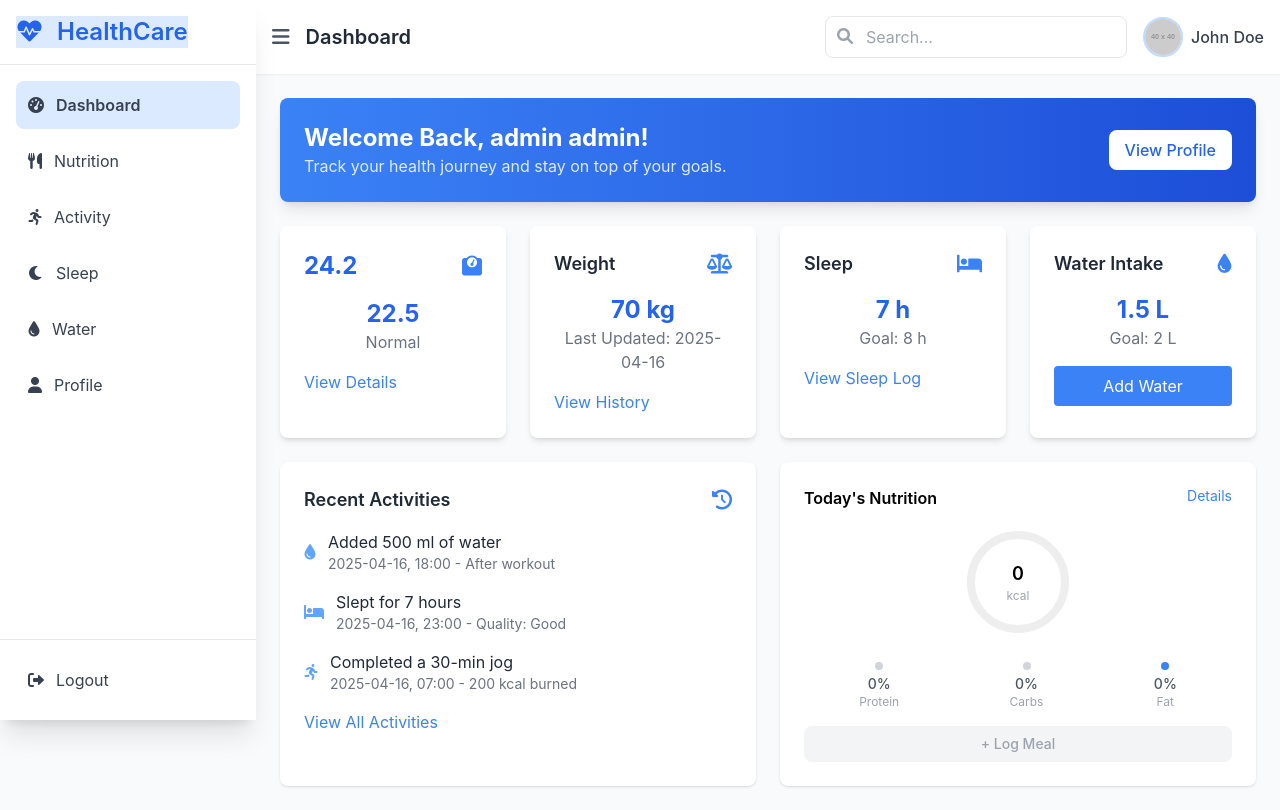
Repository: Khank2104/Khank
Page: http://localhost/
The author's editor kept a copy of each file at every save. The page is drawn from the files as they stood at one save, then again after the next save.
The browser window is 1280 px wide. The pictures show the whole page.
Some web libraries are served in a nearby version. The page is served by the project's application, run on Django 5.2 (manage.py). The first stored user is signed in. Other server files are loaded and not shown. The page reads the database file committed with the project.

Above is the page before, as saved 2025-05-16 11:40:14.

### main/templatetags/form_filters.py
from django import template

register = template.Library()

@register.filter
def add_class(field, css_class):
    return field.as_widget(attrs={"class": css_class})

### main/templates/main/dashboard.html
{% extends 'main/base.html' %}
{% block title %}Trang chủ{% endblock %}

{% block content %}
<!-- Welcome Card -->
<div class="mb-6">
    <div
        class="bg-gradient-to-r from-blue-500 to-blue-700 text-white p-6 rounded-lg shadow-lg flex justify-between items-center">
        <div>
            <h3 class="text-2xl font-bold">Welcome Back, {{ name }}!</h3>

            <p class="text-blue-100">
                Track your health journey and stay on top of your goals.
            </p>
        </div>
        <button class="bg-white text-blue-600 px-4 py-2 rounded-lg font-medium hover:bg-blue-50">
            View Profile
        </button>
    </div>
</div>

<div class="grid grid-cols-1 md:grid-cols-2 lg:grid-cols-4 gap-6">
    <!-- BMI Card -->
    <div class="card bg-white p-6 rounded-lg shadow-md">
        <div class="flex justify-between items-center mb-4">
            <p class="text-2xl font-bold text-blue-600">{{ bmi }}</p>

            <i class="fas fa-weight text-blue-500 text-xl"></i>
        </div>
        <div class="text-center">
            <p class="text-2xl font-bold text-blue-600">22.5</p>
            <p class="text-gray-500">Normal</p>
        </div>
        <a href="#" class="mt-4 inline-block text-blue-500 hover:text-blue-700">View Details</a>
    </div>

    <!-- Weight Card -->
    <div class="card bg-white p-6 rounded-lg shadow-md">
        <div class="flex justify-between items-center mb-4">
            <h3 class="text-lg font-semibold text-gray-800">Weight</h3>
            <i class="fas fa-balance-scale text-blue-500 text-xl"></i>
        </div>
        <div class="text-center">
            <p class="text-2xl font-bold text-blue-600">70 kg</p>
            <p class="text-gray-500">Last Updated: 2025-04-16</p>
        </div>
        <a href="#" class="mt-4 inline-block text-blue-500 hover:text-blue-700">View History</a>
    </div>
    <!-- Sleep Card -->
    <div class="card bg-white p-6 rounded-lg shadow-md">
        <div class="flex justify-between items-center mb-4">
            <h3 class="text-lg font-semibold text-gray-800">Sleep</h3>
            <i class="fas fa-bed text-blue-500 text-xl"></i>
        </div>
        <div class="text-center">
            <p class="text-2xl font-bold text-blue-600">7 h</p>
            <p class="text-gray-500">Goal: 8 h</p>
        </div>
        <a href="#" class="mt-4 inline-block text-blue-500 hover:text-blue-700">View Sleep Log</a>
    </div>
    <!-- Water Intake Card -->
    <div class="card bg-white p-6 rounded-lg shadow-md">
        <div class="flex justify-between items-center mb-4">
            <h3 class="text-lg font-semibold text-gray-800">
                Water Intake
            </h3>
            <i class="fas fa-tint text-blue-500 text-xl"></i>
        </div>
        <div class="text-center">
            <p class="text-2xl font-bold text-blue-600">1.5 L</p>
            <p class="text-gray-500">Goal: 2 L</p>
        </div>
        <a href="/water-intake.html">
            <button class="mt-4 bg-blue-500 text-white px-4 py-2 rounded hover:bg-blue-600 w-full">
                Add Water
            </button>
        </a>
    </div>

</div>

<div class="grid grid-cols-1 pt-6 md:grid-cols-2 gap-6">
    <!-- Weight Trend Card -->
    <div class="bg-white rounded-lg shadow p-6 h-full">
        <div class="flex justify-between items-center mb-4">
            <h3 class="text-lg font-semibold text-gray-800">Recent Activities</h3>
            <i class="fas fa-history text-blue-500 text-xl"></i>
        </div>
        <ul class="space-y-4">
            <li class="flex items-center">
                <i class="fas fa-tint text-blue-400 mr-3"></i>
                <div>
                    <p class="text-gray-800">Added 500 ml of water</p>
                    <p class="text-sm text-gray-500">2025-04-16, 18:00 - After workout</p>
                </div>
            </li>
            <li class="flex items-center">
                <i class="fas fa-bed text-blue-400 mr-3"></i>
                <div>
                    <p class="text-gray-800">Slept for 7 hours</p>
                    <p class="text-sm text-gray-500">2025-04-16, 23:00 - Quality: Good</p>
                </div>
            </li>
            <li class="flex items-center">
                <i class="fas fa-running text-blue-400 mr-3"></i>
                <div>
                    <p class="text-gray-800">Completed a 30-min jog</p>
                    <p class="text-sm text-gray-500">2025-04-16, 07:00 - 200 kcal burned</p>
                </div>
            </li>
        </ul>
        <a href="#" class="mt-4 inline-block text-blue-500 hover:text-blue-700">View All Activities</a>
    </div>

    <!-- Today's Nutrition Card -->
    <div class="bg-white rounded-lg shadow p-6 flex flex-col justify-between h-full">
      <div class="flex justify-between items-start mb-4">
        <h3 class="text-base font-semibold text-black">Today's Nutrition</h3>
        <a href="#" class="text-sm text-blue-500 hover:underline">Details</a>
      </div>
      <div class="flex justify-center mb-6">
        <div class="relative w-28 h-28 flex items-center justify-center">
          <svg class="w-full h-full">
            <circle cx="50%" cy="50%" r="42%" stroke="#eee" stroke-width="8" fill="none" />
          </svg>
          <div class="absolute text-center">
            <p class="text-lg font-semibold text-black">0</p>
            <p class="text-xs text-gray-400">kcal</p>
          </div>
        </div>
      </div>
      <div class="flex justify-around text-center text-sm mb-4 text-gray-600">
        <div>
          <div class="w-2 h-2 mx-auto rounded-full bg-gray-300 mb-1"></div>
          <p class="text-sm font-medium">0%</p>
          <p class="text-xs text-gray-400">Protein</p>
        </div>
        <div>
          <div class="w-2 h-2 mx-auto rounded-full bg-gray-300 mb-1"></div>
          <p class="text-sm font-medium">0%</p>
          <p class="text-xs text-gray-400">Carbs</p>
        </div>
        <div>
          <div class="w-2 h-2 mx-auto rounded-full bg-blue-500 mb-1"></div>
          <p class="text-sm font-medium">0%</p>
          <p class="text-xs text-gray-400">Fat</p>
        </div>
      </div>
      <button class="w-full py-2 text-sm font-medium bg-gray-100 text-gray-400 rounded-lg cursor-not-allowed" disabled>
        + Log Meal
      </button>
    </div>
  </div>
{% endblock %}

### main/templates/main/base.html
{% load static %}
<!DOCTYPE html>
<html lang="en">

<head>
    <meta charset="UTF-8" />
    <meta name="viewport" content="width=device-width, initial-scale=1.0" />
    <title>{% block title %}HealthCare{% endblock %}</title>
    <script src="https://cdn.tailwindcss.com"></script>
    <script src="https://cdn.jsdelivr.net/npm/chart.js"></script>
    <link href="https://cdnjs.cloudflare.com/ajax/libs/font-awesome/6.0.0/css/all.min.css" rel="stylesheet" />
    <link rel="stylesheet" href="{% static 'css/styles.css' %}">
</head>

<body class="bg-gray-50">
    <div class="flex min-h-screen">
        <!-- Sidebar -->
        <div class="sidebar fixed inset-y-0 left-0 w-64 bg-white shadow-xl flex flex-col z-20">
            <div class="p-4 border-b border-gray-200">
                <h1 class="text-2xl font-bold text-blue-600 flex items-center">
                    <a href="/"><i class="fas fa-heartbeat mr-2"></i> HealthCare</a>
                </h1>
            </div>
            <nav class="flex-1 p-4">
                <ul class="space-y-2">
                    <li>
                        <a href="/" class="flex items-center p-3 text-gray-700 hover:bg-blue-50 hover:text-blue-600 rounded-lg transition-colors">
                            <i class="fas fa-tachometer-alt mr-3"></i> Dashboard
                        </a>
                    </li>
                    <li>
                        <a href="/nutrition/"
                            class="flex items-center p-3 text-gray-700 hover:bg-blue-50 hover:text-blue-600 rounded-lg transition-colors">
                            <i class="fas fa-utensils mr-3"></i> Nutrition
                        </a>
                    </li>
                    <li>
                        <a href="/activity/"
                            class="flex items-center p-3 text-gray-700 hover:bg-blue-50 hover:text-blue-600 rounded-lg transition-colors">
                            <i class="fas fa-running mr-3"></i> Activity
                        </a>
                    </li>
                    <li>
                        <a href="/sleep/"
                            class="flex items-center p-3 text-gray-700 hover:bg-blue-50 hover:text-blue-600 rounded-lg transition-colors">
                            <i class="fa-solid fa-moon mr-3"></i> Sleep
                        </a>
                    </li>
                    <li>
                        <a href="/water_intake/"
                            class="flex items-center p-3 text-gray-700 hover:bg-blue-50 hover:text-blue-600 rounded-lg transition-colors">
                            <i class="fa-solid fa-droplet mr-3"></i> Water
                        </a>
                    </li>
                    <li>
                        <a href="/profile/"
                            class="flex items-center p-3 text-gray-700 hover:bg-blue-50 hover:text-blue-600 rounded-lg transition-colors">
                            <i class="fas fa-user mr-3"></i> Profile
                        </a>
                    </li>
                </ul>
            </nav>
            <div class="p-4 border-t border-gray-200">
                <a href="#"
                    class="flex items-center p-3 text-gray-700 hover:bg-blue-50 hover:text-blue-600 rounded-lg transition-colors">
                    <i class="fas fa-sign-out-alt mr-3"></i> Logout
                </a>
            </div>
        </div>

        <!-- Main Content -->
        <div class="main-content flex-1 ml-64">
            <!-- Header -->
            <header class="bg-white shadow-sm p-4 flex justify-between items-center sticky top-0 z-10">
                <div class="flex items-center">
                    <button id="toggleSidebar" class="mr-4 text-gray-600 hover:text-blue-600">
                        <i class="fas fa-bars text-xl"></i>
                    </button>
                    <h2 class="text-xl font-semibold text-gray-800">Dashboard</h2>
                </div>
                <div class="flex items-center space-x-4">
                    <div class="relative">
                        <input type="text" placeholder="Search..."
                            class="border rounded-lg px-3 py-2 pl-10 focus:outline-none focus:ring-2 focus:ring-blue-500" />
                        <i class="fas fa-search absolute left-3 top-3 text-gray-400"></i>
                    </div>
                    <div class="flex items-center">
                        <img src="https://via.placeholder.com/40" alt="User"
                            class="w-10 h-10 rounded-full border-2 border-blue-200" />
                        <span class="ml-2 font-medium text-gray-700">John Doe</span>
                    </div>
                </div>
            </header>

            <!-- Dashboard Content -->
            <main class="flex-1 p-6 overflow-y-auto">
                {% block content %}
                <!-- Nội dung trang sẽ được chèn ở đây -->
                {% endblock %}
            </main>
        </div>
    </div>
    <!-- Thêm JavaScript -->
    <script src="{% static 'js/main.js' %}"></script>
</body>

</html>

### accounts/models.py
from django.contrib.auth.models import AbstractUser
from django.db import models

class User(AbstractUser):
    email = models.EmailField(unique=True)

    USERNAME_FIELD = 'email'
    REQUIRED_FIELDS = ['username']

    date_of_birth = models.DateField(null=True, blank=True)
    height_cm = models.FloatField(null=True, blank=True)
    weight_kg = models.FloatField(null=True, blank=True)
    gender = models.CharField(
        max_length=10,
        choices=[('male', 'Nam'), ('female', 'Nữ')],
        null=True,
        blank=True
    )

    @property
    def bmi(self):
        if self.height_cm and self.weight_kg:
            height_m = self.height_cm / 100
            return round(self.weight_kg / (height_m ** 2), 1)
        return None

### main/views.py
from django.shortcuts import render

from django.shortcuts import render, redirect
from django.contrib.auth import authenticate, login
from django.contrib import messages
from accounts.models import User  # Custom User model

# Trang chính sau khi login
from django.contrib.auth.decorators import login_required

@login_required
def dashboard(request):
    user = request.user
    return render(request, 'main/dashboard.html', {
        'name': user.get_full_name(),
        'bmi': user.bmi,
        'weight': user.weight_kg,
        'height': user.height_cm,
        'email': user.email,
        'water': 1500,   # bạn có thể lấy từ WaterIntake sau
        'sleep': 7,      # bạn có thể lấy từ SleepLog sau
    })



# Landing page - như trang giới thiệu công ty
def index(request):
    return render(request, 'main/index.html')

def activity(request):
    return render(request, 'main/activity.html')

def generate_meal_plan(request):
    return render(request, 'main/generate_meal_plan.html')

def generate_exercises(request):
    return render(request, 'main/generate_exercises.html')

def nutrition(request):
    return render(request, 'main/nutrition.html')

def sleep(request):
    return render(request, 'main/sleep.html')

def water_intake(request):
    return render(request, 'main/water_intake.html')

from accounts.forms import UserProfileForm
from django.contrib.auth.decorators import login_required

@login_required
def profile(request):
    user = request.user
    if request.method == 'POST':
        form = UserProfileForm(request.POST, instance=user)
        if form.is_valid():
            form.save()
            return redirect('profile')
    else:
        form = UserProfileForm(instance=user)

    return render(request, 'main/profile.html', {
        'form': form,
        'user': user
    })


def about(request):
    return render(request, 'main/about.html')

def service(request):
    return render(request, 'main/service.html')

def contact(request):
    return render(request, 'main/contact.html')


def base(request):
    return render(request, 'main/base.html')

# Trang đăng nhập
def authenticate_view(request):
    if request.method == 'POST':
        email = request.POST.get('email')
        password = request.POST.get('password')

        user = authenticate(request, username=email, password=password)

        if user:
            login(request, user)
            return redirect('dashboard')  # Trỏ đúng name của path trong urls.py
        else:
            messages.error(request, "Email hoặc mật khẩu không đúng.")

    return render(request, 'main/authenticate.html')

### healthcare/urls.py
"""
URL configuration for healthcare project.

The `urlpatterns` list routes URLs to views. For more information please see:
    https://docs.djangoproject.com/en/5.2/topics/http/urls/
Examples:
Function views
    1. Add an import:  from my_app import views
    2. Add a URL to urlpatterns:  path('', views.home, name='home')
Class-based views
    1. Add an import:  from other_app.views import Home
    2. Add a URL to urlpatterns:  path('', Home.as_view(), name='home')
Including another URLconf
    1. Import the include() function: from django.urls import include, path
    2. Add a URL to urlpatterns:  path('blog/', include('blog.urls'))
"""

from django.contrib import admin
from django.urls import path, include

urlpatterns = [
    path('', include('main.urls')),  # Điều hướng chính
    path('admin/', admin.site.urls),
]

### main/urls.py
from django.urls import path
from . import views

from django.urls import path
from . import views

urlpatterns = [
    path('', views.dashboard, name='dashboard'),  # Trang mặc định sau đăng nhập
    path('index/', views.index, name='index'),    # Trang landing (giới thiệu, landing page)
    path('activity/', views.activity, name='activity'),
    path('generate_meal_plan/', views.generate_meal_plan, name='generate_meal_plan'),
    path('generate_exercises/', views.generate_exercises, name='generate_exercises'),
    path('nutrition/', views.nutrition, name='nutrition'),
    path('sleep/', views.sleep, name='sleep'),
    path('water_intake/', views.water_intake, name='water_intake'),
    path('profile/', views.profile, name='profile'),
    path('authenticate/', views.authenticate_view, name='authenticate'),
    path('about/', views.about, name='about'),
    path('service/', views.service, name='service'),
    path('contact/', views.contact, name='contact'),
]

### main/static/css/styles.css
body {
    font-family: "Inter", sans-serif;
}

.sidebar {
    transition: transform 0.3s ease;
    transform: translateX(0);
}

.sidebar-hidden {
    transform: translateX(-100%);
}

.main-content {
    transition: margin-left 0.3s ease;
}

.nutrition-chart-container {
    position: relative;
    height: 200px;
    width: 200px;
}

.card {
    transition: transform 0.3s ease, box-shadow 0.3s ease;
}

.card:hover {
    transform: translateY(-5px);
    box-shadow: 0 10px 20px rgba(0, 0, 0, 0.1);
}

.gradient-bg {
    background: linear-gradient(135deg, #3b82f6, #60a5fa);
}
.progress-circle {
    position: relative;
    width: 120px;
    height: 120px;
    margin: 0 auto;
}
.progress-circle svg {
    transform: rotate(-90deg);
}
.progress-circle .circle-bg {
    fill: none;
    stroke: #e5e7eb;
    stroke-width: 10;
}
.progress-circle .circle {
    fill: none;
    stroke: #38bdf8;
    stroke-width: 10;
    stroke-linecap: round;
    stroke-dasharray: 314;
    stroke-dashoffset: 0;
    transition: stroke-dashoffset 0.5s ease;
}
.progress-circle .text {
    position: absolute;
    top: 50%;
    left: 50%;
    transform: translate(-50%, -50%);
    font-size: 1.5rem;
    font-weight: bold;
    color: #1e40af;
}
@media (max-width: 768px) {
    .sidebar {
        transform: translateX(-100%);
    }

    .sidebar-hidden {
        transform: translateX(-100%);
    }

    .sidebar:not(.sidebar-hidden) {
        transform: translateX(0);
    }

    .main-content {
        margin-left: 0 !important;
    }
}

.chart-container {
    position: relative;
    height: 300px;
}

### db.sqlite3 (the tables this page reads, as SQL)
CREATE TABLE "accounts_user" ("id" integer NOT NULL PRIMARY KEY AUTOINCREMENT, "password" varchar(128) NOT NULL, "last_login" datetime NULL, "is_superuser" bool NOT NULL, "username" varchar(150) NOT NULL UNIQUE, "first_name" varchar(150) NOT NULL, "last_name" varchar(150) NOT NULL, "is_staff" bool NOT NULL, "is_active" bool NOT NULL, "date_joined" datetime NOT NULL, "date_of_birth" date NULL, "height_cm" real NULL, "weight_kg" real NULL, "gender" varchar(10) NULL, "email" varchar(254) NOT NULL UNIQUE, "last_weight_update" date NULL);
INSERT INTO "accounts_user" VALUES
(1, 'pbkdf2_sha256$1000000$89Nfag4CzvaoSIYnkGKqeh$k6QK25u3SlKRuifElngOElyH8S2tV/NwaGY9JKVfLUc=', '2025-06-03 11:11:44.468077', 1, 'admin', 'admin', 'admin', 1, 1, '2025-05-17 06:22:47.186972', '1994-12-12', 170.0, 70.0, 'male', 'admin@gmail.com', NULL),
(2, 'pbkdf2_sha256$1000000$KhZjVpHFrdMJ07XPteB4bX$SYqnBSLvU8hlZeWscY4M6WAyuxn2LRkAWmxr7Bxdqc8=', '2025-05-18 16:00:04.813906', 0, 'khanh', 'nguyen', 'Khanh', 0, 1, '2025-05-17 20:26:37.598070', '1994-12-12', 170.0, 60.0, 'male', 'khanh@gmail.com', NULL),
(3, 'pbkdf2_sha256$1000000$isnIHZgWomAYekvJXPzwIb$olWZcaqmkukywDyD0G8BSDYcML+y1iff+F+SE7zy7ng=', '2025-05-18 15:08:22.650568', 0, 'hung', 'hung', 'hung', 0, 1, '2025-05-18 15:08:21.751547', '2002-09-10', 170.0, 60.0, 'male', 'hung@gmail.com', NULL),
(4, 'pbkdf2_sha256$1000000$DYlPa6VoLDIWjPlEWTdr8Z$yGGaOo86K16G++DEyGq3MrLTWD8nsj6julzhztAUZmU=', '2025-05-18 15:21:08.871498', 0, 'tin', 'tin', 'nguyen', 0, 1, '2025-05-18 15:19:35.423499', '1991-09-10', 170.0, 70.0, 'male', 'tin@gmail.com', NULL),
(5, 'pbkdf2_sha256$1000000$pNa38njcJTdTWCqLpasV3G$bJluGPZ1ZHa/AOC56Yk7O0zsc6+lITcqc88lK7fI2c4=', '2025-05-18 15:44:30.583935', 0, 'khang', 'khang', 'nguyen', 0, 1, '2025-05-18 15:44:30.169527', '2001-09-02', 170.0, 56.0, 'male', 'khang@gmail.com', NULL),
(6, 'pbkdf2_sha256$1000000$NbDcqMi72pvjHB5sd7FEVR$q1yT0kZJN3+p1ukOy7WRVtTV/iO4J1Imh+5xgd1GNaM=', '2025-06-03 13:42:24.536930', 0, 'Khank', 'khánh', 'Nguyễn', 0, 1, '2025-05-18 16:45:23.822279', '2004-04-21', 170.0, 55.0, 'male', 'nnkhanh159@gmail.com', NULL),
(7, 'pbkdf2_sha256$1000000$wLqZVnfa3k81ZQL3SsTair$b0bxNBgp3Bhz3RqxZYlHQ+4kH7gkseEq018ek/YBdII=', '2025-05-20 01:47:28.976001', 0, 'tinthanh', 'tin', 'thanh', 0, 1, '2025-05-20 01:47:28.621010', '2004-09-22', 170.0, 70.0, 'male', 'tin123@gmail.com', NULL),
(8, 'pbkdf2_sha256$1000000$iGPZXDTAW8CunOpDd9vVkm$S5uflzA96nnqsNGCf9YZTrtJJbj04XZh+NLf4Ai6Izo=', '2025-05-20 02:45:31.633477', 0, 'khank', 'khank', 'nguyen', 0, 1, '2025-05-20 02:45:31.288118', '2004-04-21', 170.0, 54.5, 'male', 'khank@gmail.com', '2025-05-21'),
(9, 'pbkdf2_sha256$1000000$QVzsIC1WBJaD9UzpYBIn8K$rbTf++F5mdUwlg+DKRIK5Enkx3OsfMNbR+7JjFZl5I0=', '2025-05-29 04:02:34.226480', 0, 'huy', 'huy', 'quoc', 0, 1, '2025-05-29 04:02:33.839614', '2004-04-21', 170.0, 60.0, 'male', 'huy123@gmail.com', NULL),
(10, 'pbkdf2_sha256$1000000$3MQpEpOBe8k78pY6Vy3bUM$3qCZ6ebsplyrCR1flrw4XzSo3qJNKCwkjLN8YU55sHA=', '2025-05-31 11:05:36.220812', 0, 'test', 'test', 'test', 0, 1, '2025-05-31 11:05:35.859565', '2004-05-22', 165.0, 50.0, 'female', 'test@gmail.com', NULL),
(11, 'pbkdf2_sha256$1000000$mFSsqaq53FSsXIZM0Cy7ZI$lzaSADGixIpagGp6rpWhEgRo49uzfvPC1r6OdgBA2IA=', '2025-05-31 18:30:31.372236', 0, 'demo', 'demo', 'doan', 0, 1, '2025-05-31 18:02:59.310563', '2004-06-22', 180.0, 60.0, 'male', 'demo@gmail.com', NULL);

Loaded but not shown: main/static/js/main.js (26 lines, source omitted)

After the next save:
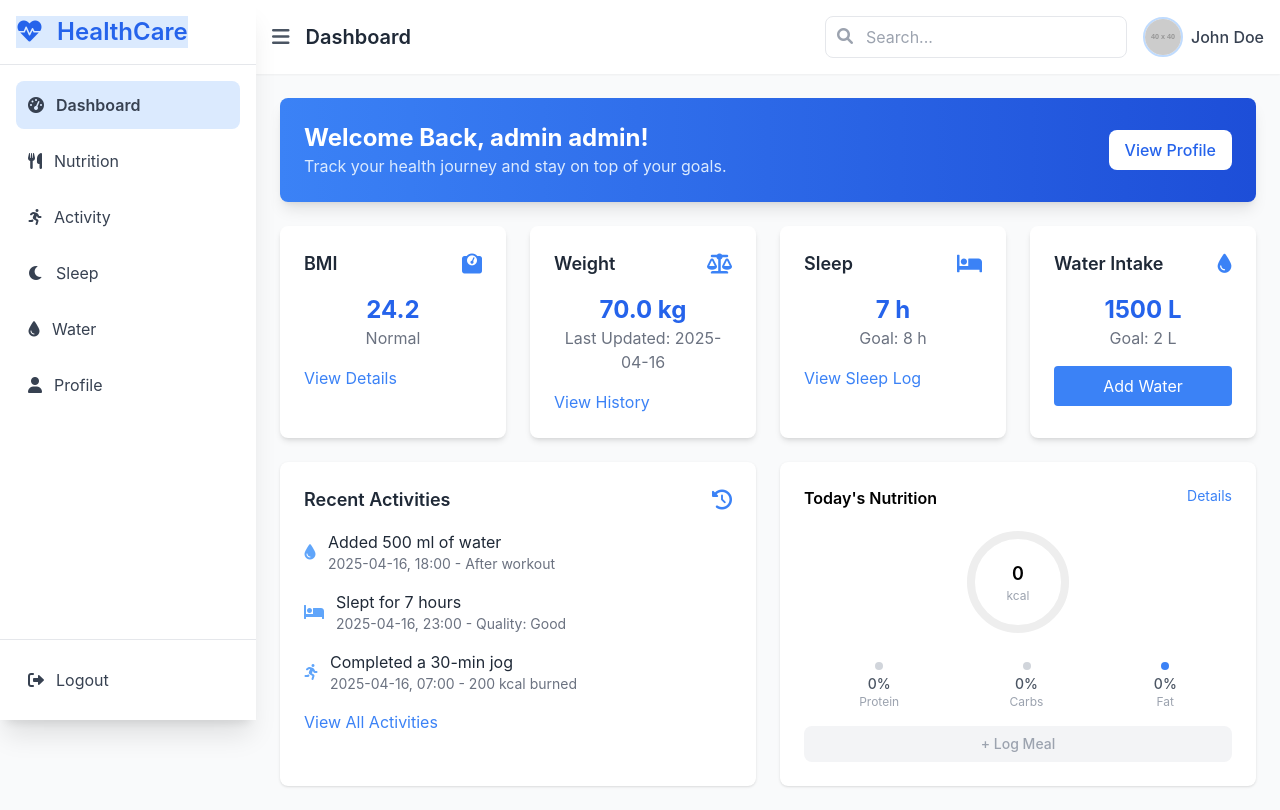
Saved 71 s later.
--- a/main/templates/main/dashboard.html
+++ b/main/templates/main/dashboard.html
@@ -23,12 +23,12 @@
     <!-- BMI Card -->
     <div class="card bg-white p-6 rounded-lg shadow-md">
         <div class="flex justify-between items-center mb-4">
-            <p class="text-2xl font-bold text-blue-600">{{ bmi }}</p>
-
+            <h3 class="text-lg font-semibold text-gray-800">BMI</h3>
             <i class="fas fa-weight text-blue-500 text-xl"></i>
         </div>
         <div class="text-center">
-            <p class="text-2xl font-bold text-blue-600">22.5</p>
+            <p class="text-2xl font-bold text-blue-600">{{ bmi }}</p>
+
             <p class="text-gray-500">Normal</p>
         </div>
         <a href="#" class="mt-4 inline-block text-blue-500 hover:text-blue-700">View Details</a>
@@ -41,7 +41,8 @@
             <i class="fas fa-balance-scale text-blue-500 text-xl"></i>
         </div>
         <div class="text-center">
-            <p class="text-2xl font-bold text-blue-600">70 kg</p>
+            <p class="text-2xl font-bold text-blue-600">{{ weight }} kg</p>
+
             <p class="text-gray-500">Last Updated: 2025-04-16</p>
         </div>
         <a href="#" class="mt-4 inline-block text-blue-500 hover:text-blue-700">View History</a>
@@ -53,7 +54,8 @@
             <i class="fas fa-bed text-blue-500 text-xl"></i>
         </div>
         <div class="text-center">
-            <p class="text-2xl font-bold text-blue-600">7 h</p>
+            <p class="text-2xl font-bold text-blue-600">{{ sleep }} h</p>
+
             <p class="text-gray-500">Goal: 8 h</p>
         </div>
         <a href="#" class="mt-4 inline-block text-blue-500 hover:text-blue-700">View Sleep Log</a>
@@ -67,7 +69,8 @@
             <i class="fas fa-tint text-blue-500 text-xl"></i>
         </div>
         <div class="text-center">
-            <p class="text-2xl font-bold text-blue-600">1.5 L</p>
+            <p class="text-2xl font-bold text-blue-600">{{ water }} L</p>
+
             <p class="text-gray-500">Goal: 2 L</p>
         </div>
         <a href="/water-intake.html">
